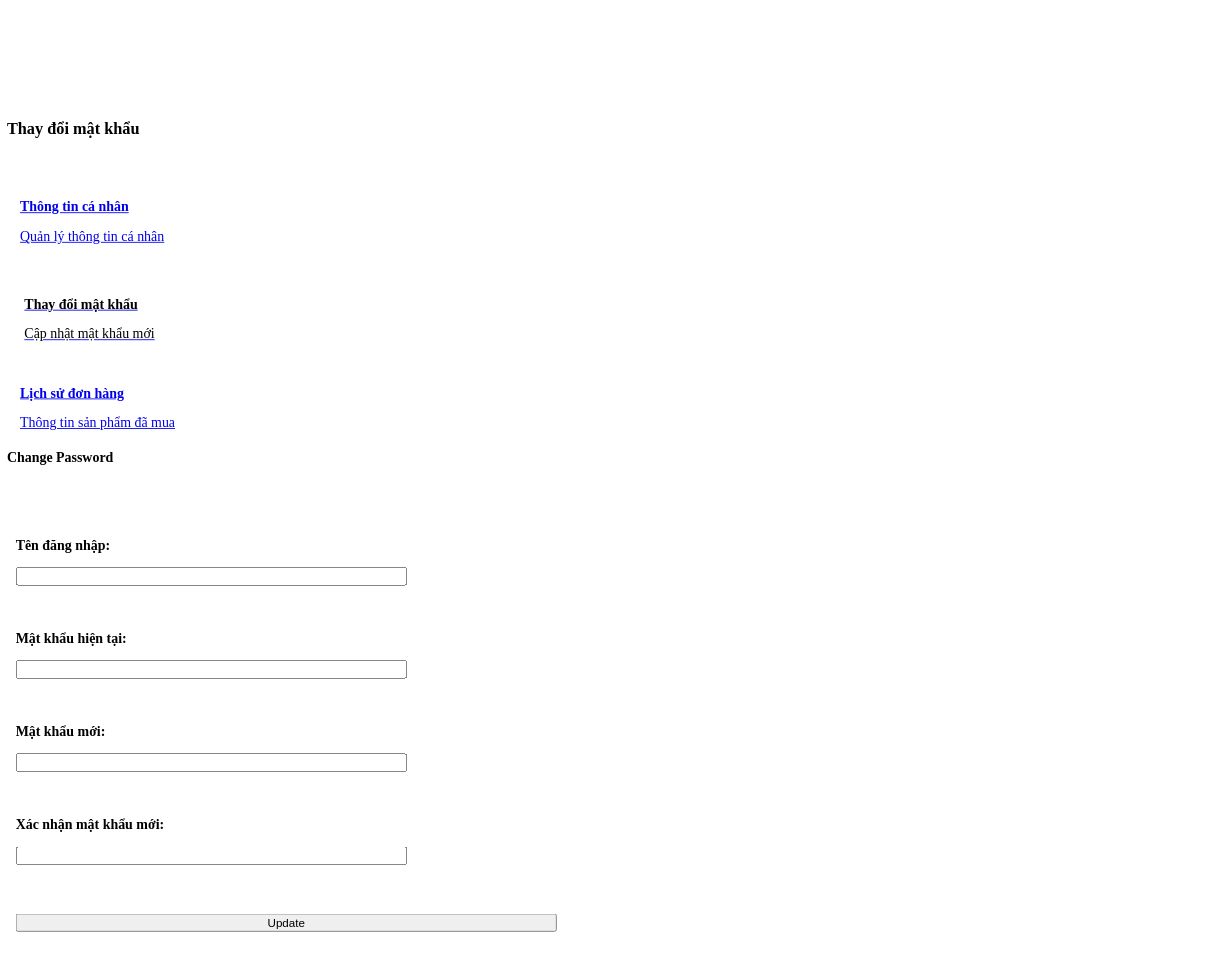
Repository: nguyengiabao245/NHOM3_C2
Page: http://localhost/DoAnJava/WEB-INF/views/account/change.jsp
The author's editor kept a copy of each file at every save. The page is drawn from the files as they stood at one save, then again after the next save.
The browser window is 1280 px wide. The page is 1408 px wide, so the pictures cover 1408 px, including what lies to the right of the window. The pictures show the whole page, at 87% of full size.
The page is served by Tomcat 9. Nobody is signed in. The template is opened directly, without the code that normally fills it, so the values that code supplies are empty.

Above is the page before, as saved 2022-05-16 06:20:06.

After the next save:
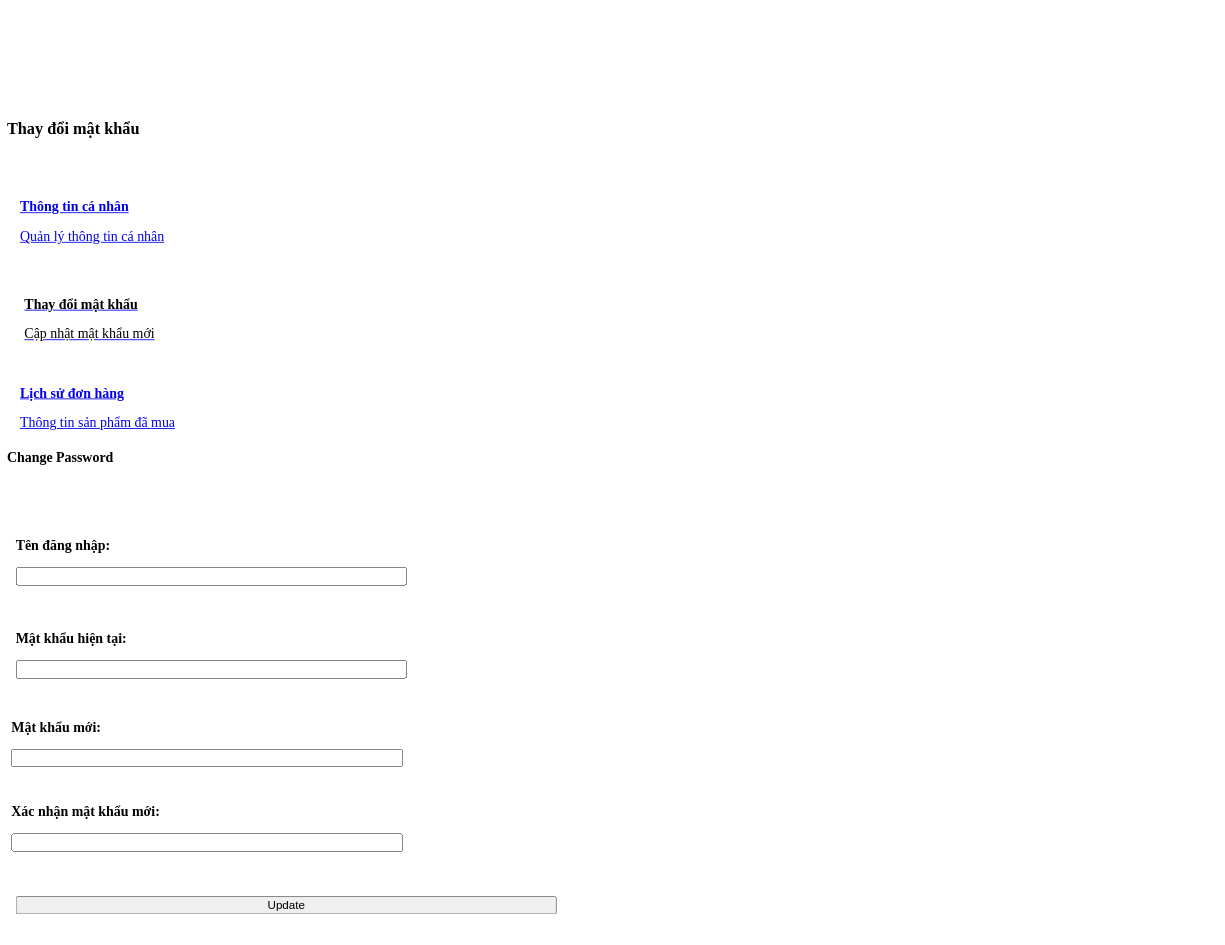
Saved 47 s later.
--- a/DoAnJava/src/main/webapp/WEB-INF/views/account/change.jsp
+++ b/DoAnJava/src/main/webapp/WEB-INF/views/account/change.jsp
@@ -94,7 +94,7 @@
 								</p>
 							</div>
 						</div>
-						<div class="row" style="padding:10px">
+						<div class="row" style="padding:5px">
 							<div class="col-sm-4">
 								<p><b>Mật khẩu mới:</b></p>
 							</div>
@@ -104,7 +104,7 @@
 								</p>
 							</div>
 						</div>
-						<div class="row" style="padding:10px">
+						<div class="row" style="padding:5px">
 							<div class="col-sm-4">
 								<p><b>Xác nhận mật khẩu mới:</b></p>
 							</div>

After the save that followed:
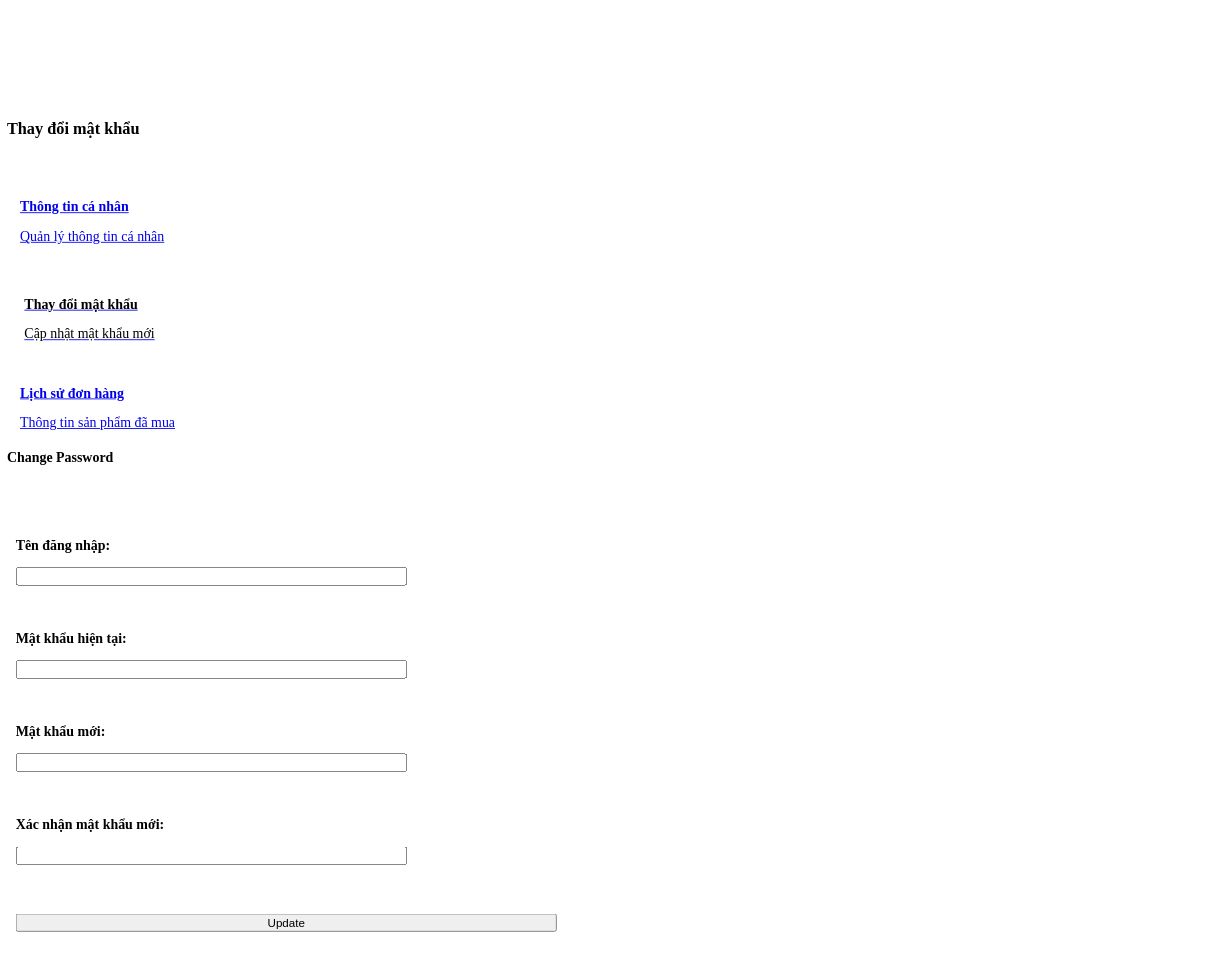
Saved 5 s later.
--- a/DoAnJava/src/main/webapp/WEB-INF/views/account/change.jsp
+++ b/DoAnJava/src/main/webapp/WEB-INF/views/account/change.jsp
@@ -94,7 +94,7 @@
 								</p>
 							</div>
 						</div>
-						<div class="row" style="padding:5px">
+						<div class="row" style="padding:10px">
 							<div class="col-sm-4">
 								<p><b>Mật khẩu mới:</b></p>
 							</div>
@@ -104,7 +104,7 @@
 								</p>
 							</div>
 						</div>
-						<div class="row" style="padding:5px">
+						<div class="row" style="padding:10px">
 							<div class="col-sm-4">
 								<p><b>Xác nhận mật khẩu mới:</b></p>
 							</div>
